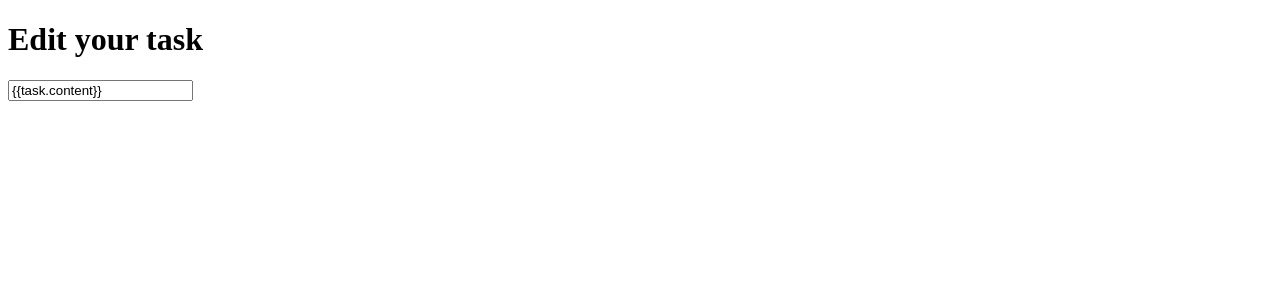
Repository: froztty/Flask-APP-CRUD
Page: edit.html
These files come from the project's save history. The page is drawn as it stood at one moment and after the next save; the edit follows.
The browser window is 1280 px wide. The pictures show the whole page.

Above is the page before, as saved 2024-11-05 21:13:31.

### edit.html
<!DOCTYPE html>
<html lang="en">
<head>
    <meta charset="UTF-8">
    <meta name="viewport" content="width=device-width, initial-scale=1.0">
    <title>Document</title>
</head>
<body>
    <div class="content">
        <h1>Edit your task</h1>
        <form action="/edit/{{task.id}}" method="POST">
            <input type="text" name="content" value="{{task.content}}"/>

        </form>
    </div>
</body>
</html>

After the next save:
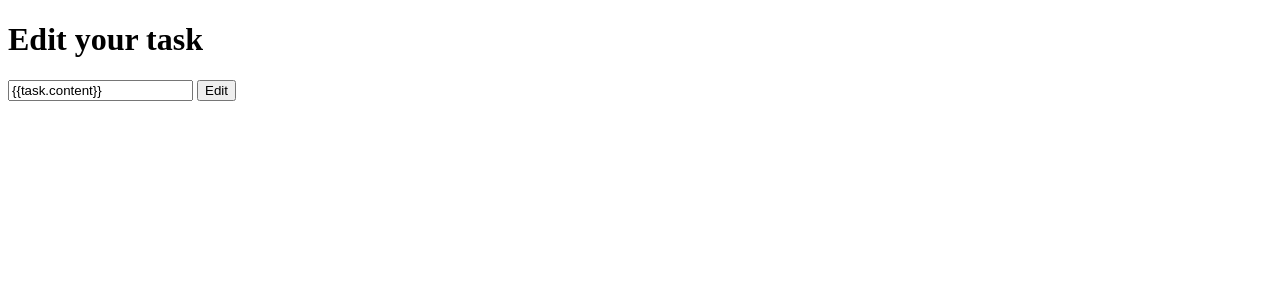
Saved 21 s later.
--- a/edit.html
+++ b/edit.html
@@ -10,7 +10,7 @@
         <h1>Edit your task</h1>
         <form action="/edit/{{task.id}}" method="POST">
             <input type="text" name="content" value="{{task.content}}"/>
-
+            <input type="submit" value="Edit"/>
         </form>
     </div>
 </body>
